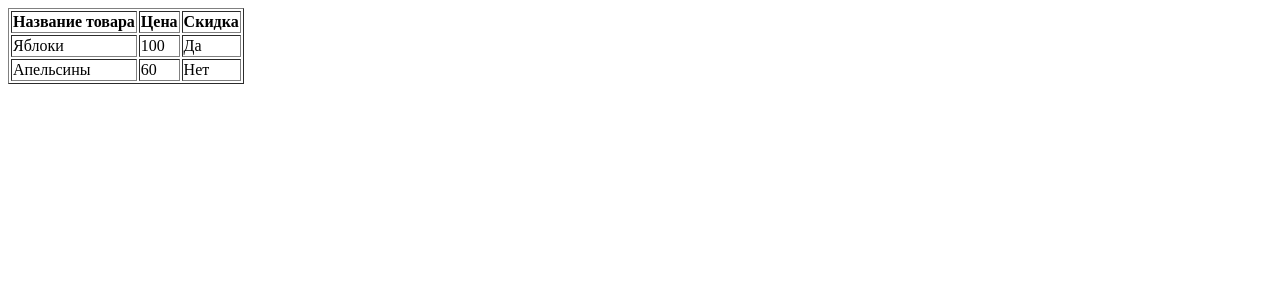
Repository: dknowuser/JavaWebLab6
Page: http://localhost/lab3/ListData.jsp
An editor plug-in stored every save of this project. The page is shown before and after the next save, followed by the edit.
The browser window is 1280 px wide. The pictures show the whole page.
The page is served by Tomcat 9. Other server files are loaded and not shown.

Above is the page before, as saved 2019-02-21 02:23:19.

### lab3/WebContent/ListData.jsp
<%-- Автор: Марчук Л.Б., Дата 19.02.2019,
Описание: Вывод тела таблицы --%>

<%@ page language="java" contentType="text/html; charset=UTF-8"
    pageEncoding="UTF-8"%>
<body>
</body>
<table border='1'>
<tr>
<td><b>Название товара</b></td>
<td><b>Цена</b></td>
<td><b>Скидка</b></td>
</tr>
<tr>
<td>Яблоки</td>
<td>100</td>
<td>Да</td>
</tr>
<tr>
<td>Апельсины</td>
<td>60</td>
<td>Нет</td>
</tr>
</table>

After the next save:
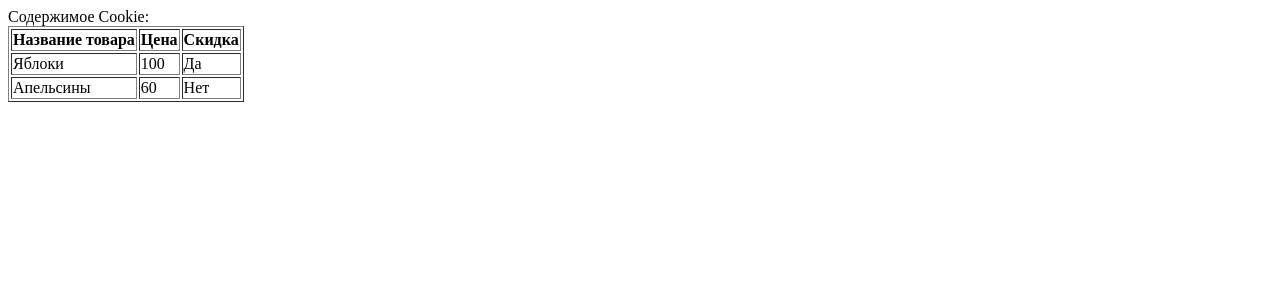
Saved 31 s later.
--- a/lab3/WebContent/ListData.jsp
+++ b/lab3/WebContent/ListData.jsp
@@ -4,6 +4,10 @@
 <%@ page language="java" contentType="text/html; charset=UTF-8"
     pageEncoding="UTF-8"%>
 <body>
+Содержимое Cookie:<br>
+
+
+
 </body>
 <table border='1'>
 <tr>
